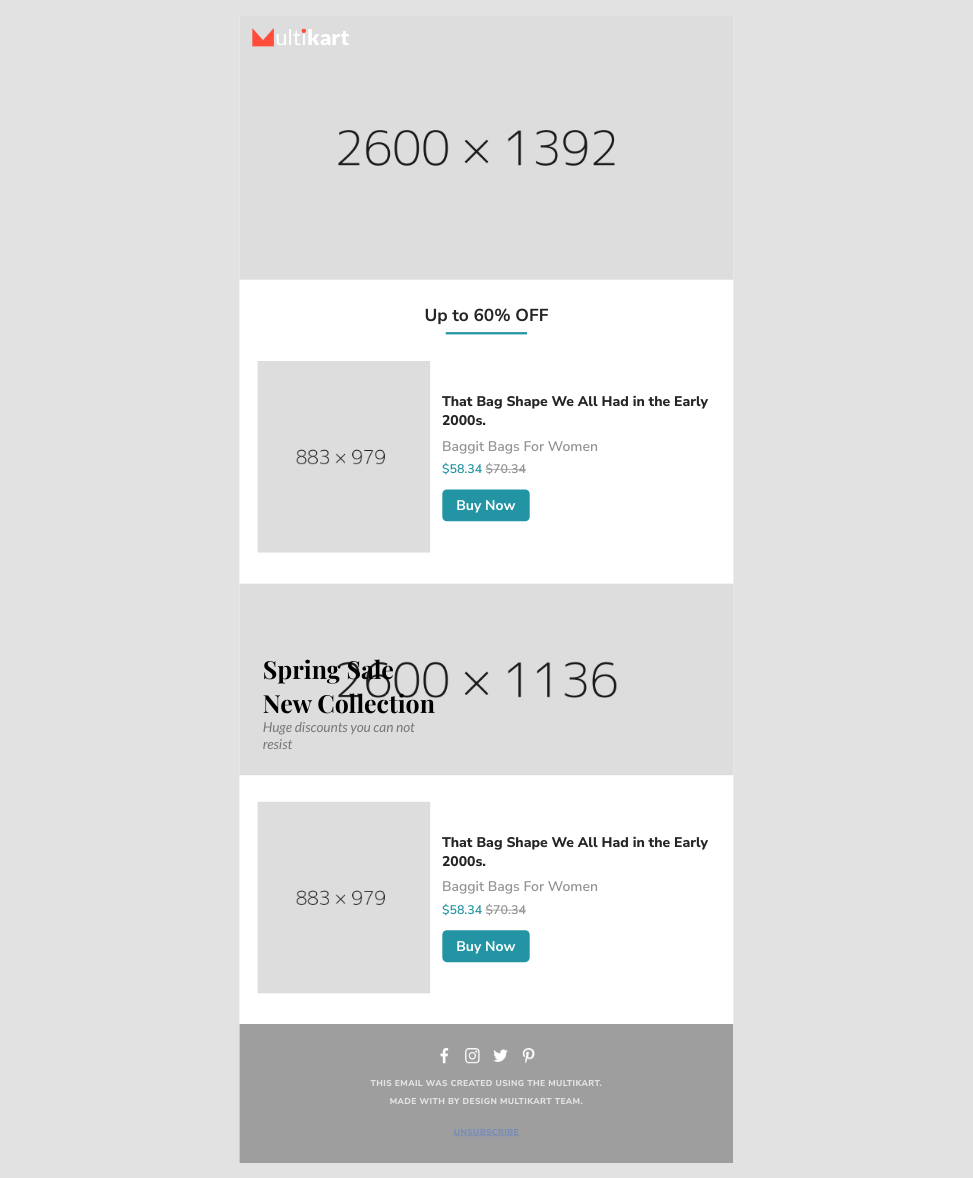
Repository: Idevz-sys/icespice-marketplace-front
Page: email-template/cyber-monday.html
An editor plug-in stored every save of this project. The page is shown before and after the next save, followed by the edit.
The browser window is 1280 px wide. The pictures show the whole page, at 76% of full size.
Pictures or frames that could not be fetched are drawn as grey boxes.

Above is the page before, as saved 2022-04-12 17:51:43.

After the next save:
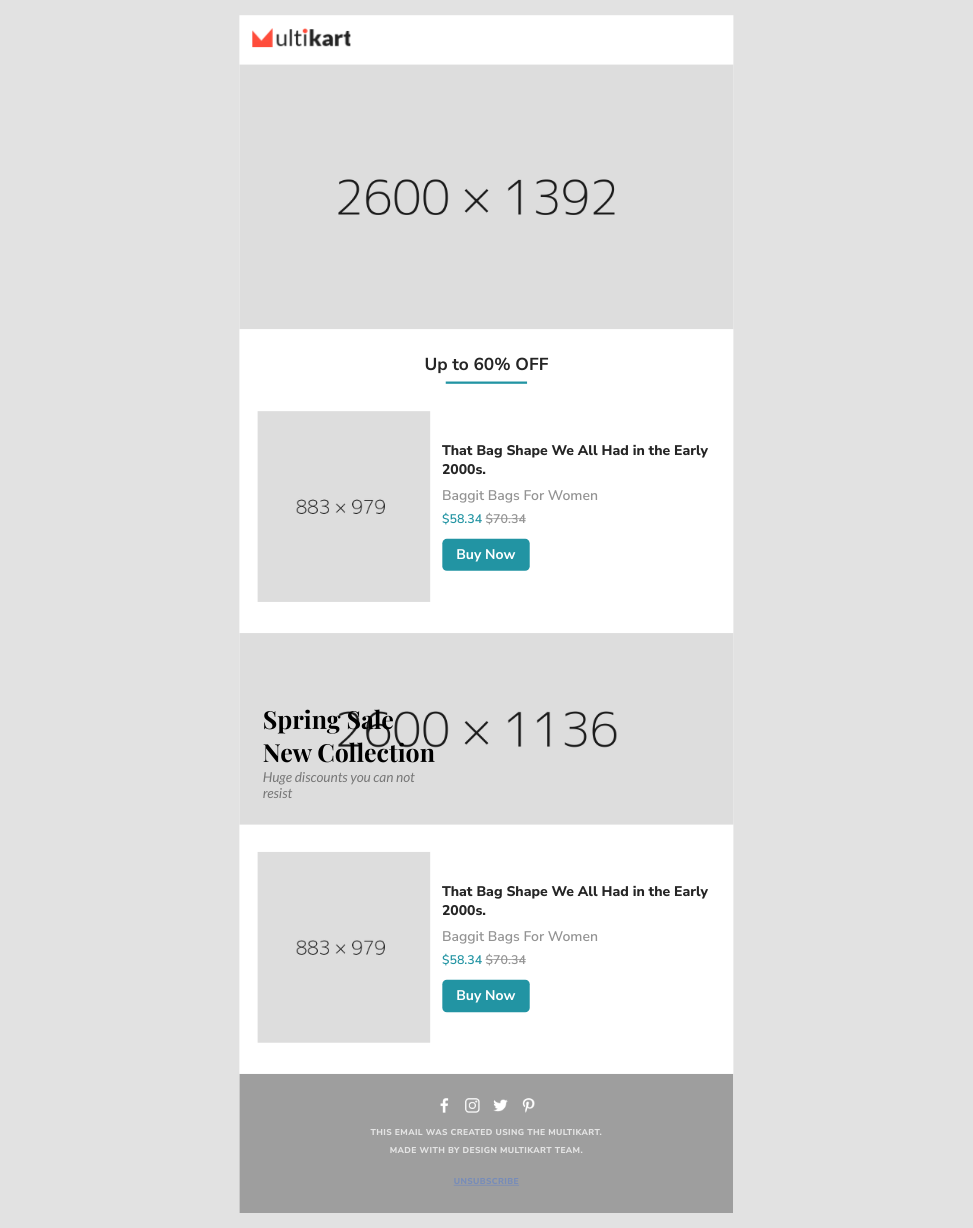
Saved 3 min 8 s later.
--- a/email-template/cyber-monday.html
+++ b/email-template/cyber-monday.html
@@ -219,9 +219,9 @@
         <tr>
           <td>
             <table align="center" border="0" cellpadding="0" cellspacing="0" width="100%">
-              <tr class="header">
+              <tr class="header" style="margin-bottom: 0;">
                 <td align="left" valign="top">
-                  <img src="images/logo-w.png" class="main-logo" />
+                  <img src="images/logo.png" class="main-logo" />
                 </td>
               </tr>
             </table>
